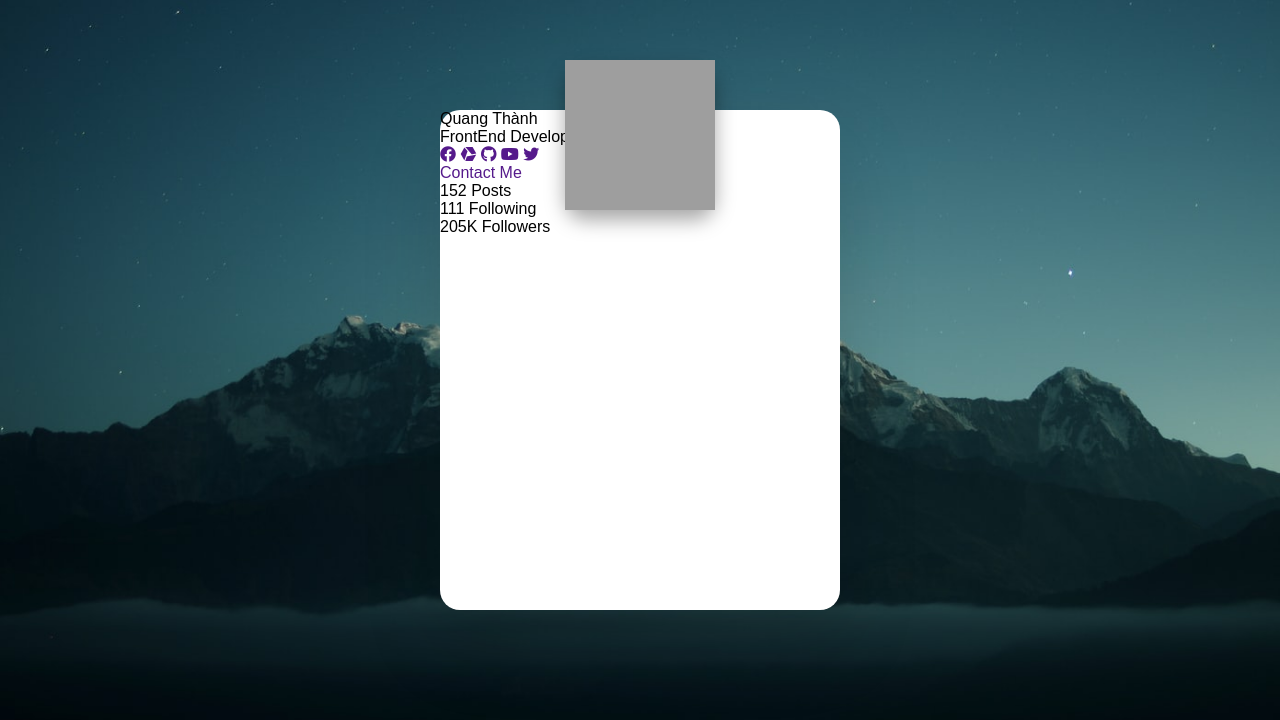
Repository: QuangThanh152/Profile-me
Page: index.html
The author's editor kept a copy of each file at every save. The page is drawn from the files as they stood at one save, then again after the next save.
The browser window is 1280 px wide. The pictures show the whole page.
The pointer rests on the first visible `.card-header`.
Pictures or frames that could not be fetched are drawn as grey boxes.

Above is the page before, as saved 2022-10-07 15:01:43.

After the next save:
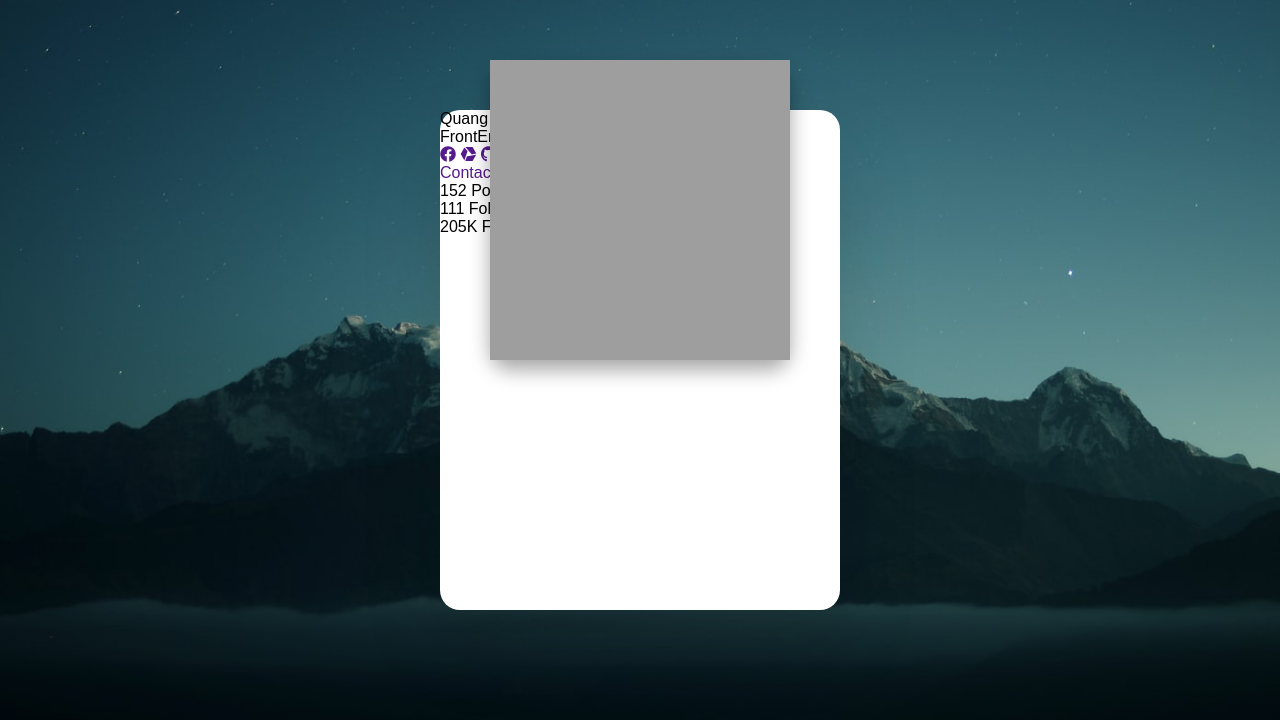
Saved 38 s later.
--- a/accets/main.css
+++ b/accets/main.css
@@ -40,7 +40,10 @@ body {
     box-shadow: 0 10px 20px rgba(0,0,0,0.35);
 
 }
-
+.card-header:hover {
+    width: 300px;
+    height: 300px;
+}
 .img-me {
     position: absolute;
     top: 0;
